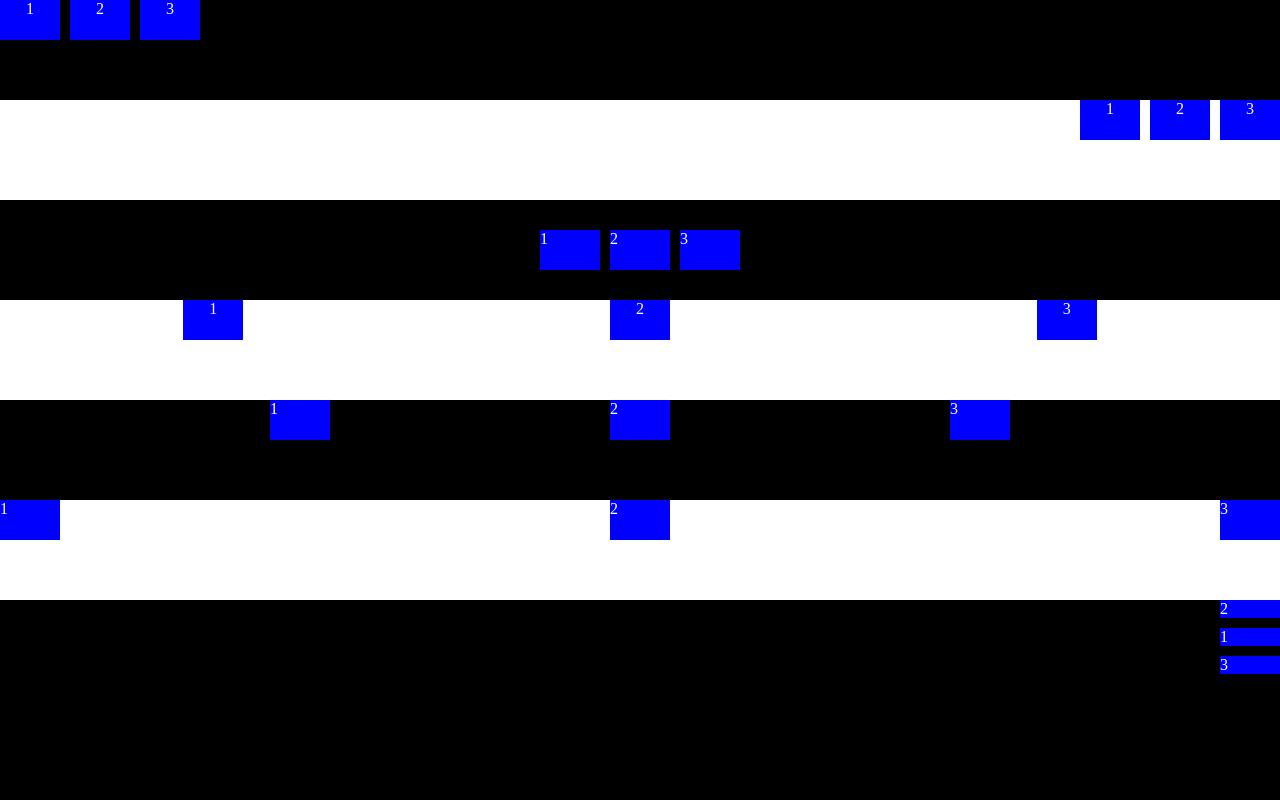
Repository: Elesion08/flexbox
Page: index.html
These files come from the project's save history. The page is drawn as it stood at one moment and after a run of saves; the edit follows.
The browser window is 1280 px wide. The pictures show the whole page.

Above is the page before, as saved 2025-04-15 09:21:42.

After the next 3 saves:
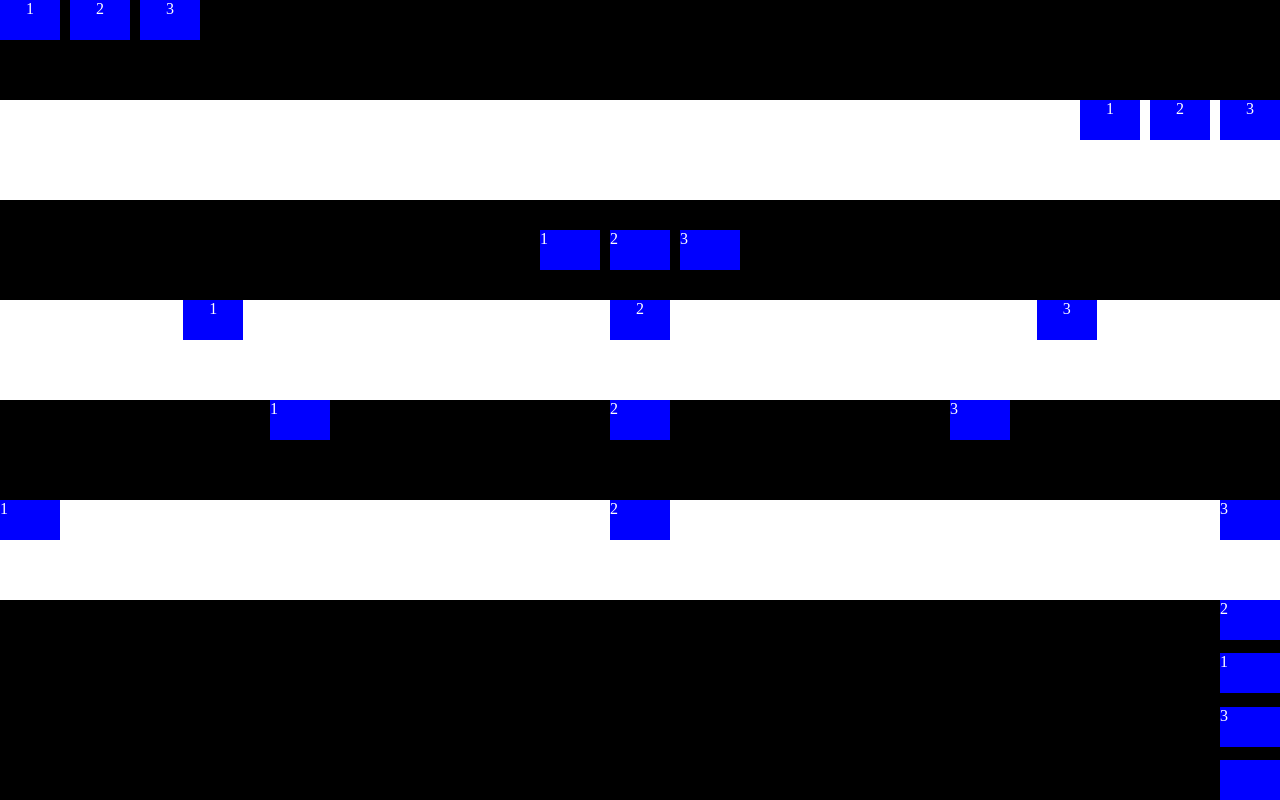
The 3 saves are shown as one change because they came seconds apart.
The last was saved 9 s later.
--- a/index.html
+++ b/index.html
@@ -42,7 +42,7 @@
             <div class="box7">2</div>
             <div class="box7">1</div>
             <div class="box7">3</div>
-            <div class></div>
+            <div class="box7"></div>
         </div>
 
     </div>
